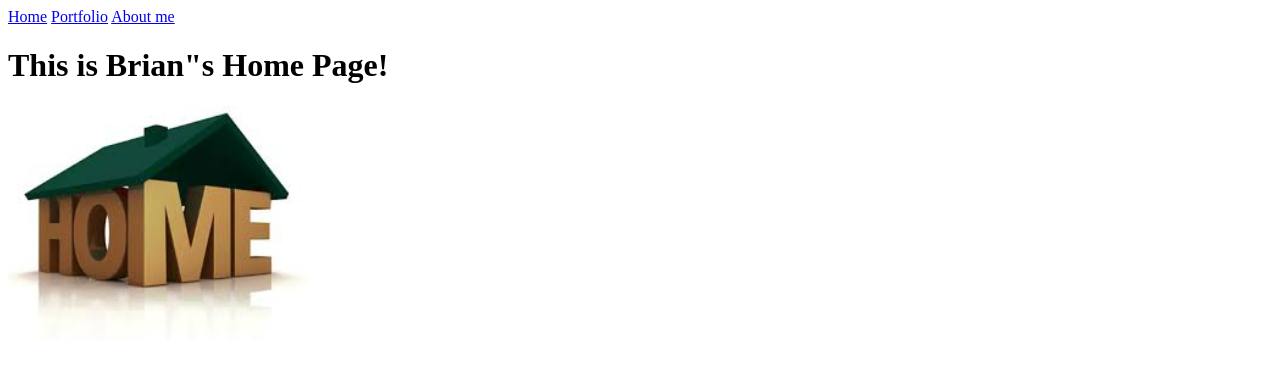
Repository: cartier-briian/cartier-briian.github.io
Page: my_website/Index.html
The author's editor kept a record of every edit. The page is drawn from the files as they stood at one moment, then again after the next edit.
The browser window is 1280 px wide. The pictures show the whole page.

Above is the page before.

### my_website/Index.html
<!doctype html>
	<html lang="en">
	  <head>
	    <meta charset="utf-8">
	    <title>Portfolio</title>
	  </head>
	  <body>
    <a href="index.html">Home</a>
    <a href="portfolio.html">Portfolio</a>
        <a href="About me.html">About me</a>

    <h1>This is Brian"s Home Page!</h1>
     <img src="images/home.jpg" height="250">
    </a>
	  </body>
	</html>

After the next edit:
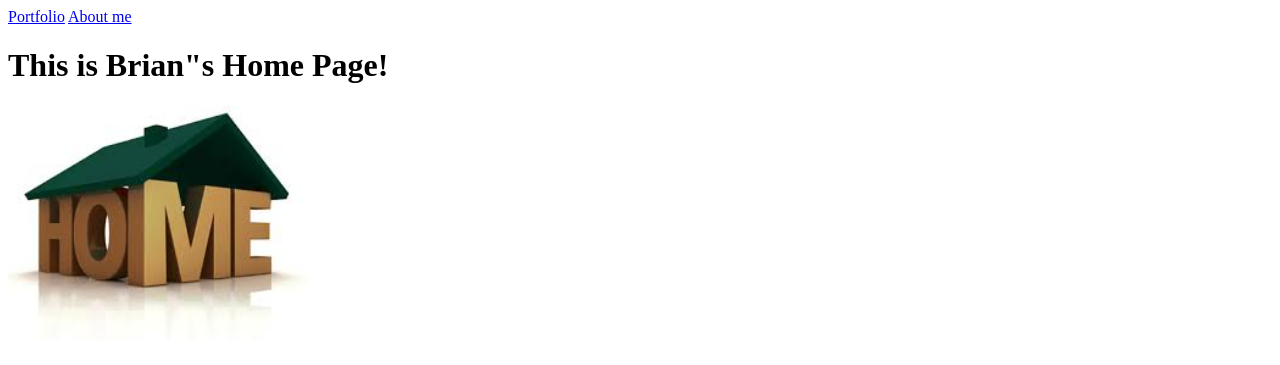
The edit:
--- a/my_website/Index.html
+++ b/my_website/Index.html
@@ -5,7 +5,6 @@
 	    <title>Portfolio</title>
 	  </head>
 	  <body>
-    <a href="index.html">Home</a>
     <a href="portfolio.html">Portfolio</a>
         <a href="About me.html">About me</a>
 
